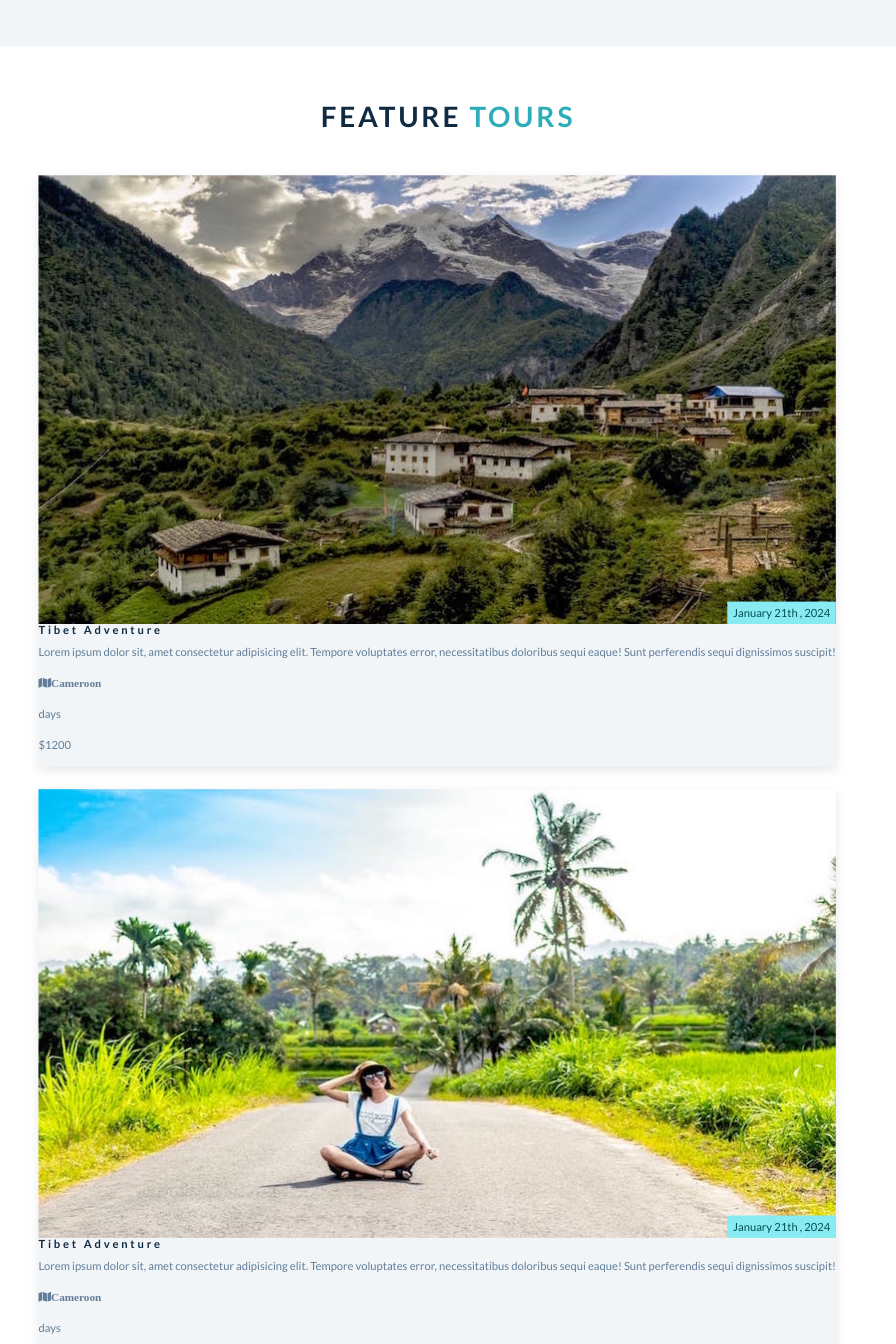
Repository: Ndifoinhilary/flexbox-project
Page: index.html
An editor plug-in stored every save of this project. The page is shown before and after the next save, followed by the edit.
The browser window is 1280 px wide. The pictures show the part of the page from y = 1729 to 3649 px (the page is 5566 px tall before and 5540 px after), at 70% of full size.

Above is the page before, as saved 2024-01-21 19:51:33.

After the next save:
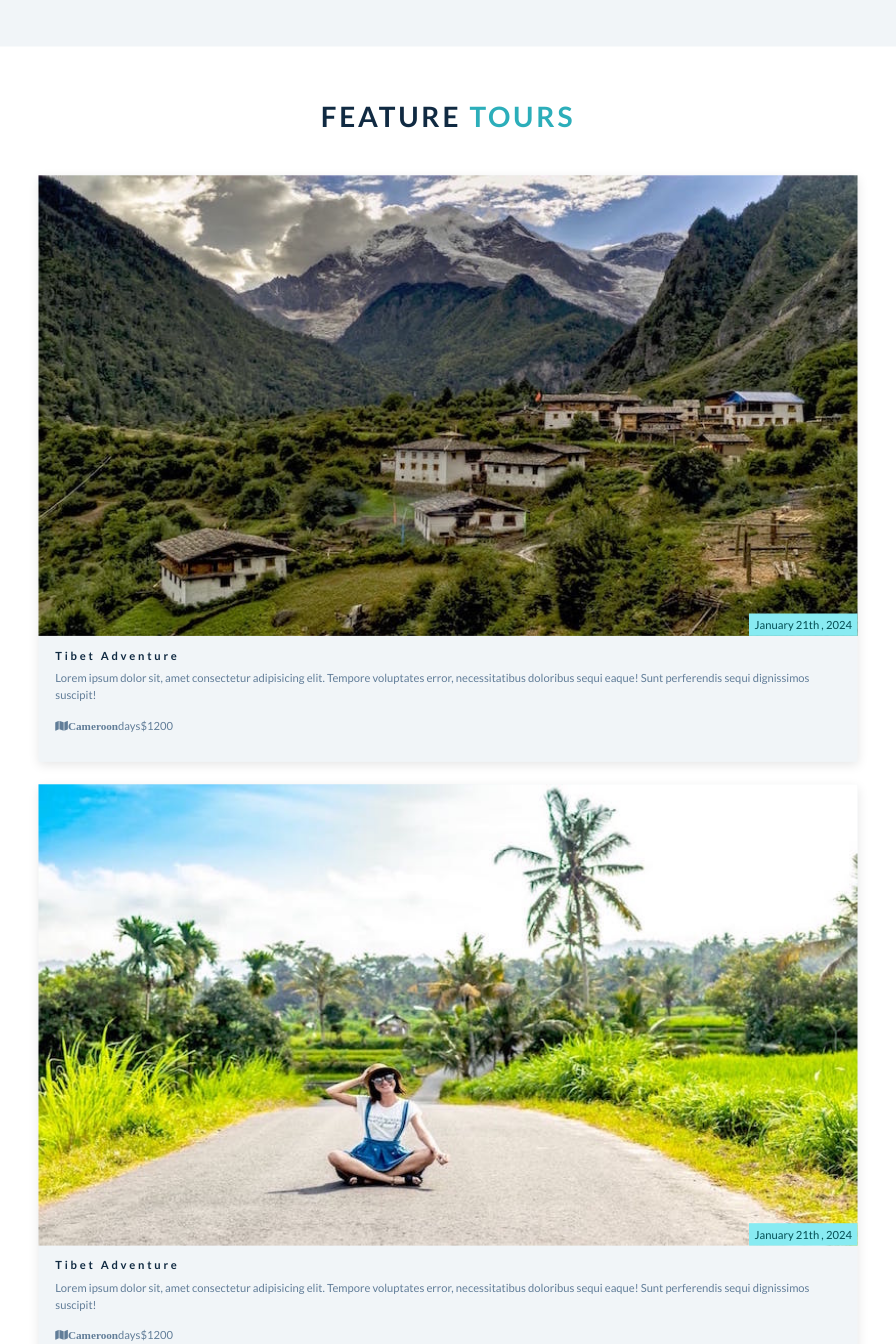
Saved 2 min 48 s later.
--- a/css/main.css
+++ b/css/main.css
@@ -361,6 +361,13 @@ Featured Tours
   text-transform: capitalize;
   padding: 0.25rem 0.5rem;
 }
+.tour-info{
+  padding: 1.25rem 1.5rem;
+}
+.tour-footer{
+  display: flex;
+
+}
 /*
 ===============
 Deals
